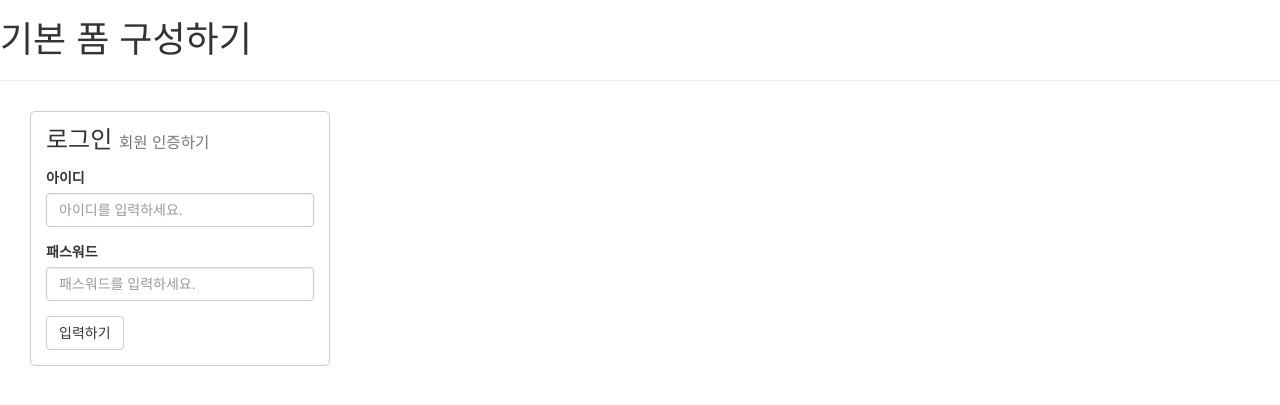
Repository: yhj4130/BootstrapStudy
Page: BootstrapWork/WebContent/BootEx05.html
The author's editor kept a copy of each file at every save. The page is drawn from the files as they stood at one save, then again after the next save.
The browser window is 1280 px wide. The pictures show the whole page.

Above is the page before, as saved 2019-06-12 03:15:29.

### BootstrapWork/WebContent/BootEx05.html
<!DOCTYPE html>
<html>
<head>
<meta charset="UTF-8">
<title>Bootstarp05.html</title>

<link rel="stylesheet" href="css/bootstrap.css">
<script type="text/javascript" src="js/jquery-3.4.1.min.js"></script>
<script type="text/javascript" src="js/bootstrap.min.js"></script>

<style type="text/css">
	#login
	{
		border: 1px solid #ccc;
		border-radius: 5px;
		width: 300px;
		padding: 15px;
		margin: 30px;
	}
	#login h3
	{
		margin: 0px;
		margin-bottom: 15px;
	}
</style>

</head>
<body>

<div>
	<h1>기본 폼 구성하기</h1>
	<hr>
</div>

<div id="login">
	<h3>로그인 <small>회원 인증하기</small></h3>

	<!-- 『form-group』 : 항목 1개 관련 내용만 묶기 -->
	<form action="">
		<div class="form-group">
			<label for="txtId">아이디</label>
			<input type="text" id="txtId" placeholder="아이디를 입력하세요." required="required" class="form-control">
		</div>
		<div class="form-group">
			<label for="txtPw">패스워드</label>
			<input type="text" id="txtPw" placeholder="패스워드를 입력하세요." required="required" class="form-control">
		</div>

		<input type="submit" value="입력하기" class="btn btn-default">
	</form>
</div>

</body>
</html>

Loaded but not shown: BootstrapWork/WebContent/css/bootstrap.css (library); BootstrapWork/WebContent/js/jquery-3.4.1.min.js (library); BootstrapWork/WebContent/js/bootstrap.min.js (library)

After the next save:
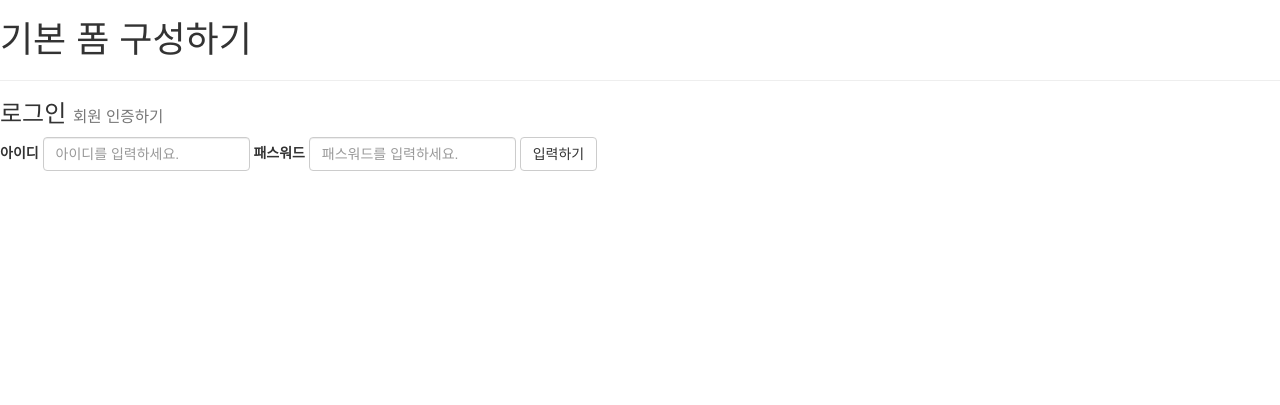
Saved 39 s later.
--- a/BootstrapWork/WebContent/BootEx05.html
+++ b/BootstrapWork/WebContent/BootEx05.html
@@ -2,27 +2,11 @@
 <html>
 <head>
 <meta charset="UTF-8">
-<title>Bootstarp05.html</title>
+<title>BootEx04.html</title>
 
 <link rel="stylesheet" href="css/bootstrap.css">
 <script type="text/javascript" src="js/jquery-3.4.1.min.js"></script>
 <script type="text/javascript" src="js/bootstrap.min.js"></script>
-
-<style type="text/css">
-	#login
-	{
-		border: 1px solid #ccc;
-		border-radius: 5px;
-		width: 300px;
-		padding: 15px;
-		margin: 30px;
-	}
-	#login h3
-	{
-		margin: 0px;
-		margin-bottom: 15px;
-	}
-</style>
 
 </head>
 <body>
@@ -35,8 +19,12 @@
 <div id="login">
 	<h3>로그인 <small>회원 인증하기</small></h3>
 
-	<!-- 『form-group』 : 항목 1개 관련 내용만 묶기 -->
-	<form action="">
+	<!-- ※ BootEx04.html 의 내용을 그대로 복사하여 붙여넣은 후
+	        form 태그에 form-inline 클래스 속성만 추가 -->
+
+	<form action="" class="form-inline">
+
+		<!-- 『form-group』 : 항목 1개 관련 내용만 묶기 -->
 		<div class="form-group">
 			<label for="txtId">아이디</label>
 			<input type="text" id="txtId" placeholder="아이디를 입력하세요." required="required" class="form-control">
@@ -47,6 +35,7 @@
 		</div>
 
 		<input type="submit" value="입력하기" class="btn btn-default">
+
 	</form>
 </div>
 
